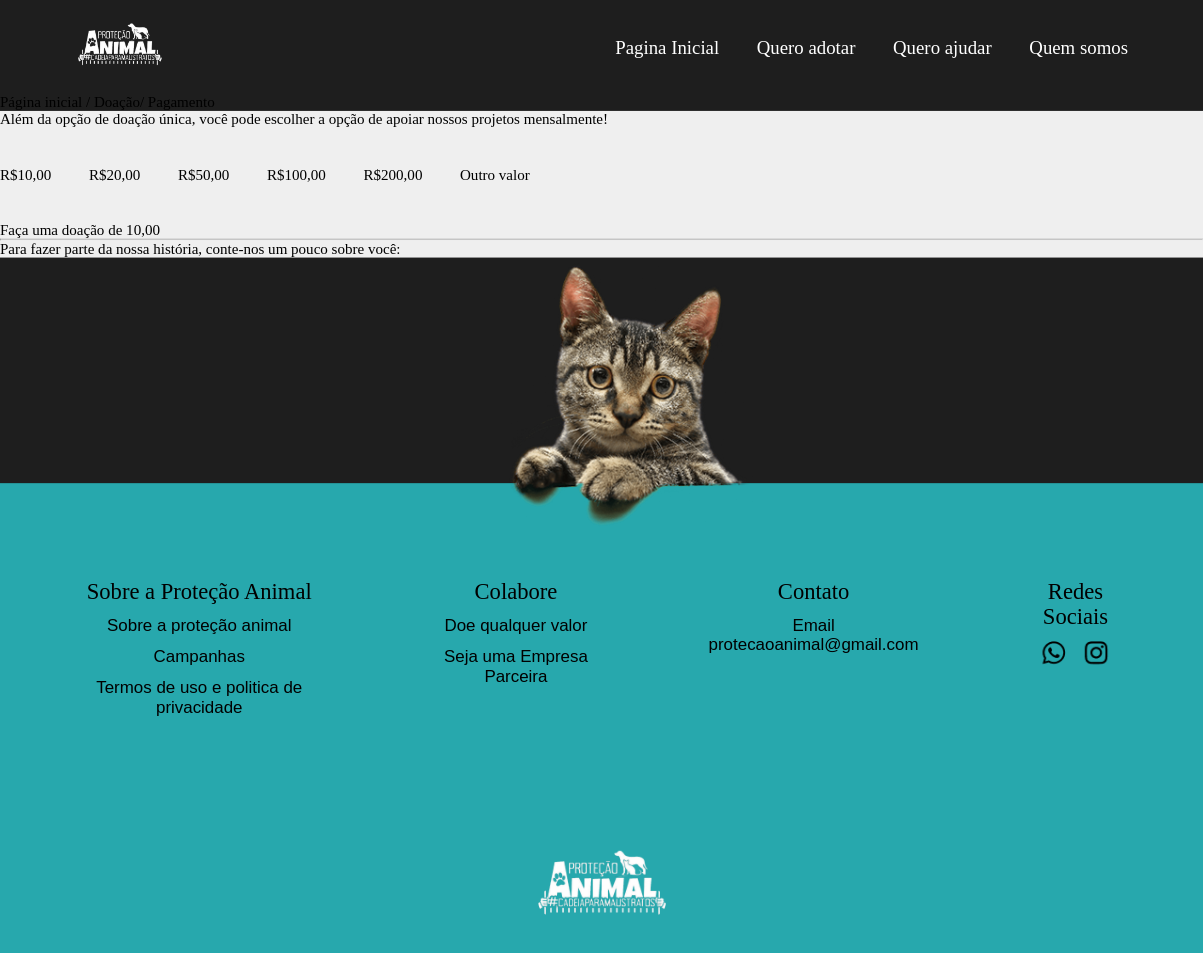
Repository: edjunior-nascimento/protecao-animal-web
Page: src/pages/formulario-doacao/index.html
These files come from the project's save history. The page is drawn as it stood at one moment and after a run of saves; the edit follows.
The browser window is 1280 px wide. The pictures show the whole page, at 94% of full size.

Above is the page before, as saved 2025-02-22 03:09:34.

After the next 2 saves:
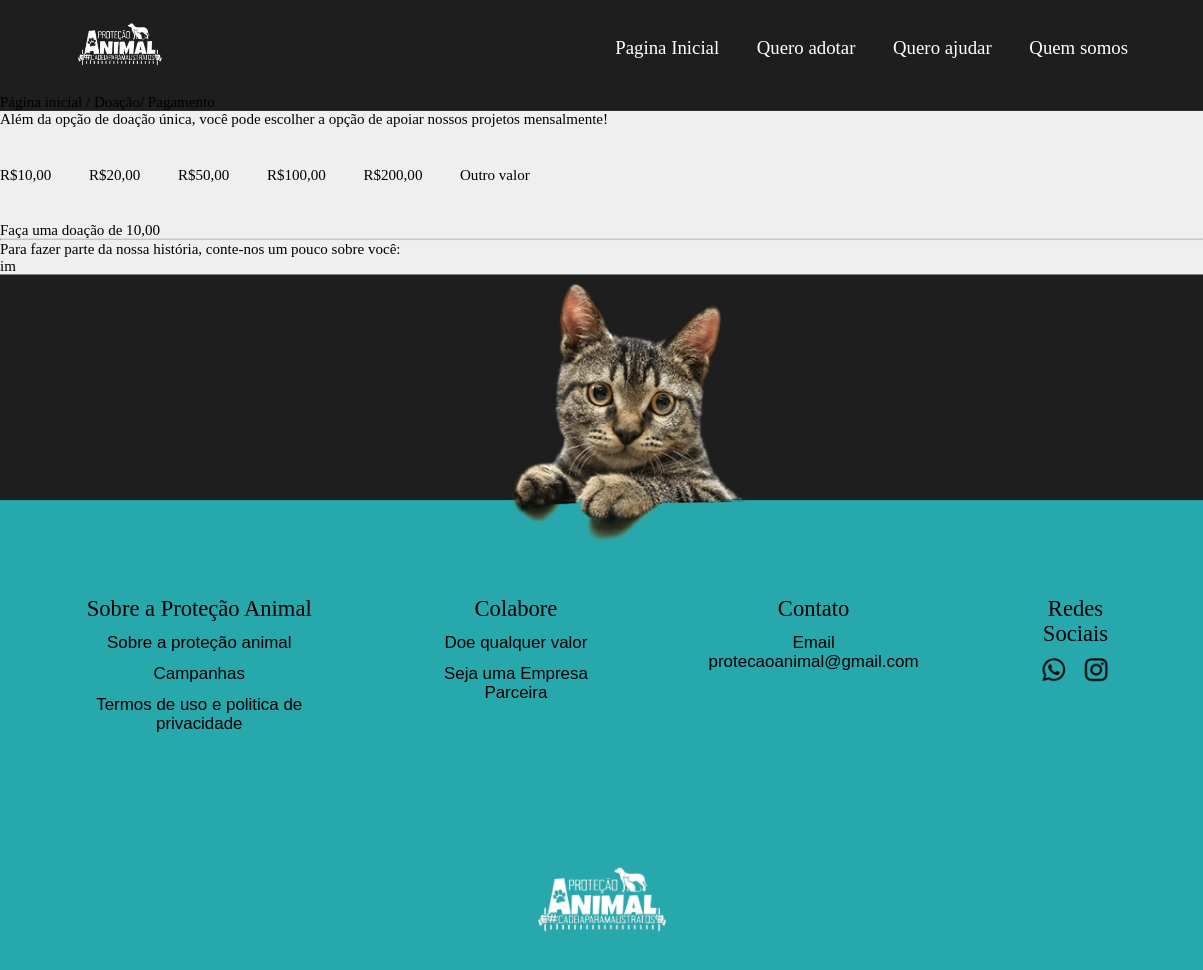
The 2 saves are shown as one change because they came seconds apart.
The last was saved 7 s later.
--- a/src/pages/formulario-doacao/index.html
+++ b/src/pages/formulario-doacao/index.html
@@ -72,7 +72,9 @@
                 <div class="sub-title">
                     <p>Para fazer parte da nossa história, conte-nos um pouco sobre você:</p>
                 </div>
-                <div class="dados"></div>
+                <div class="dados">
+                    im
+                </div>
             </div>
     </div>
     </main>
